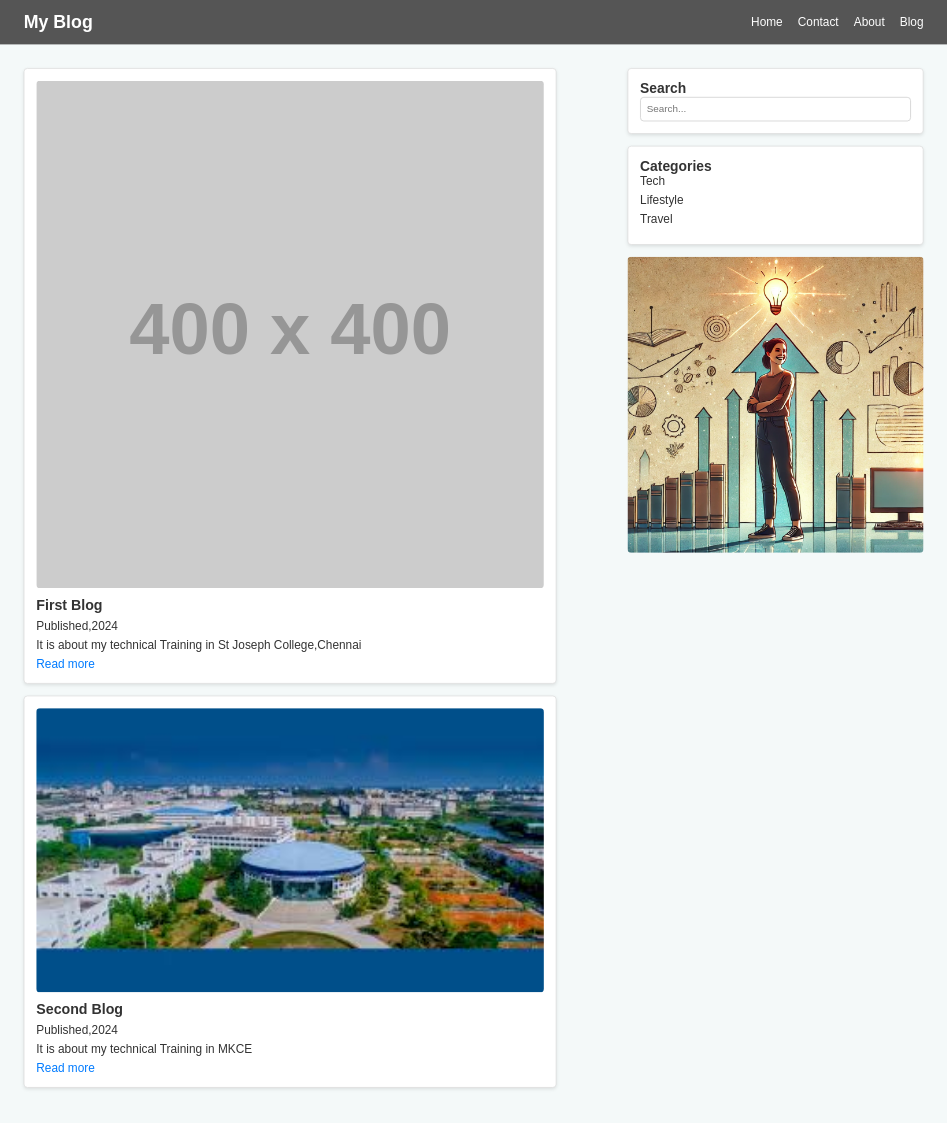
Repository: obusakthi539/Loginform
Page: Myblog.html
The author's editor kept a copy of each file at every save. The page is drawn from the files as they stood at one save, then again after the next save.
The browser window is 1280 px wide. The pictures show the whole page, at 74% of full size.

Above is the page before, as saved 2025-01-12 16:56:35.

After the next save:
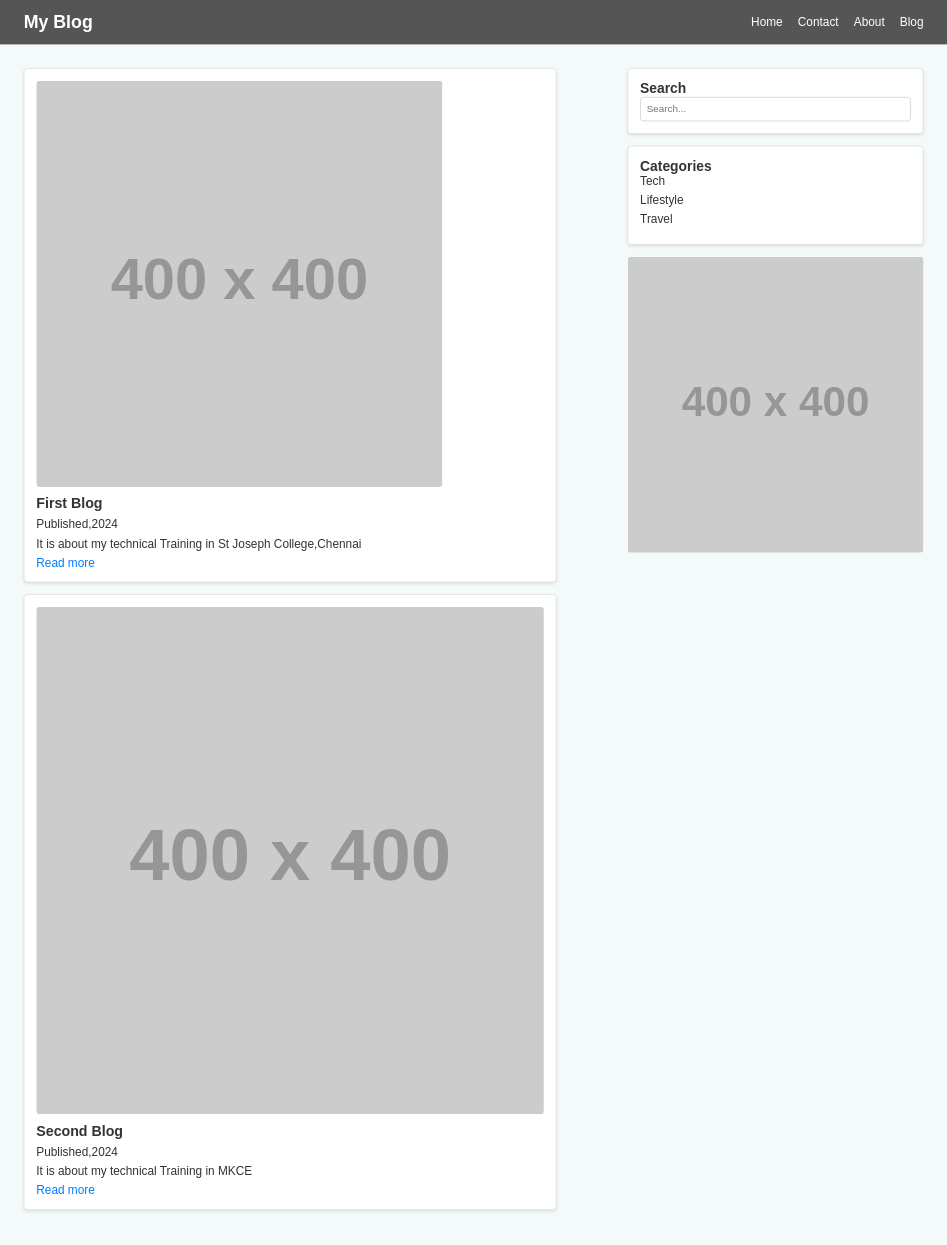
Saved 111 s later.
--- a/Myblog.html
+++ b/Myblog.html
@@ -94,6 +94,10 @@
             margin-bottom: 0.5rem;
         }
 
+        .blog-card:first-of-type .blog-image {
+            width: 80%; /* Smaller image for the first blog */
+        }
+
         .search-box, .categories {
             background-color: #fff;
             border: 1px solid #ddd;
@@ -167,7 +171,7 @@
             </div>
 
             <div class="blog-card">
-                <img class="blog-image" src="St joseph.jpg" alt="Second Blog Image">
+                <img class="blog-image" src="https://via.placeholder.com/400" alt="Second Blog Image">
                 <h2>Second Blog</h2>
                 <p>Published,2024</p>
                 <p>It is about my technical Training in MKCE</p>
@@ -192,7 +196,7 @@
             </div>
 
             <div class="image-section">
-                <img src="person.webp" alt="Blog Image">
+                <img src="https://via.placeholder.com/400" alt="Blog Image">
             </div>
         </div>
     </div>
